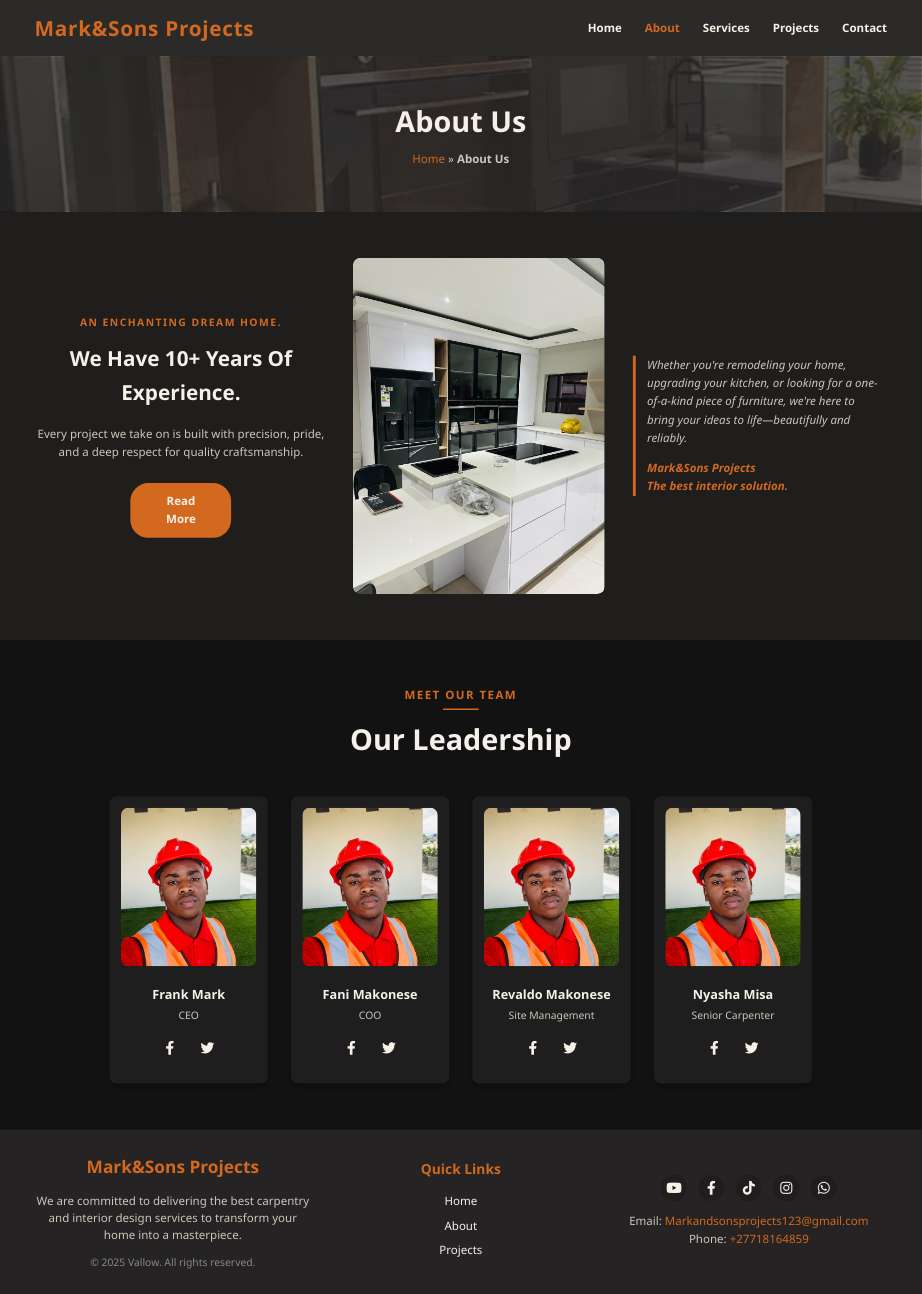
Repository: VallowEvido/Mark-SonsProjects
Page: about.html
These files come from the project's save history. The page is drawn as it stood at one moment and after the next save; the edit follows.
The browser window is 1280 px wide. The pictures show the whole page, at 72% of full size.

Above is the page before, as saved 2025-07-24 10:25:13.

After the next save:
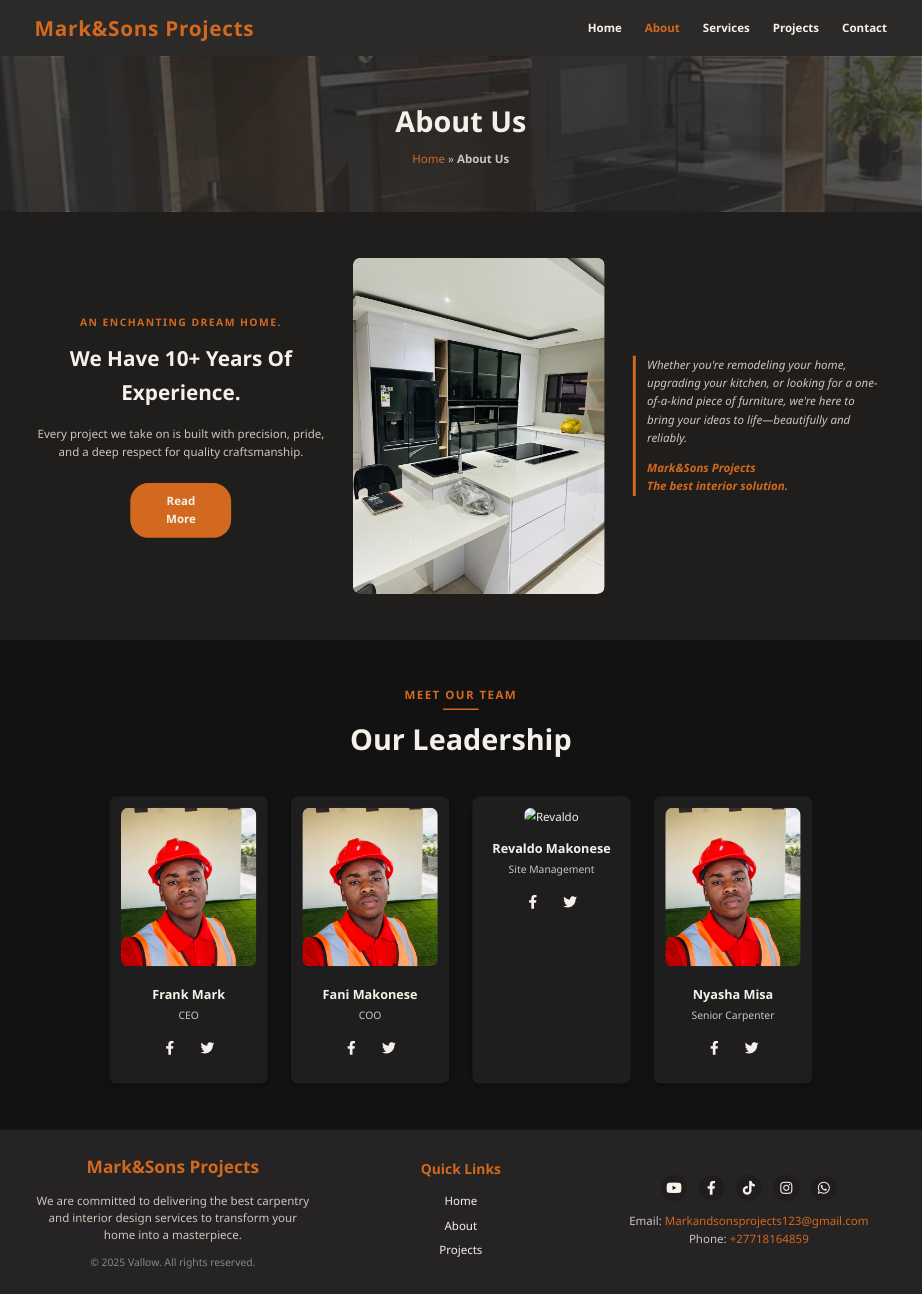
Saved 5 h 32 min later.
--- a/about.html
+++ b/about.html
@@ -97,7 +97,7 @@
           </div>
         </div>
         <div class="leadership-card">
-          <img src="teammembers/fan.jpg" alt="Revaldo" />
+          <img src="" alt="Revaldo" />
           <h3>Revaldo Makonese</h3>
           <p>Site Management</p>
           <div class="social-icons">
